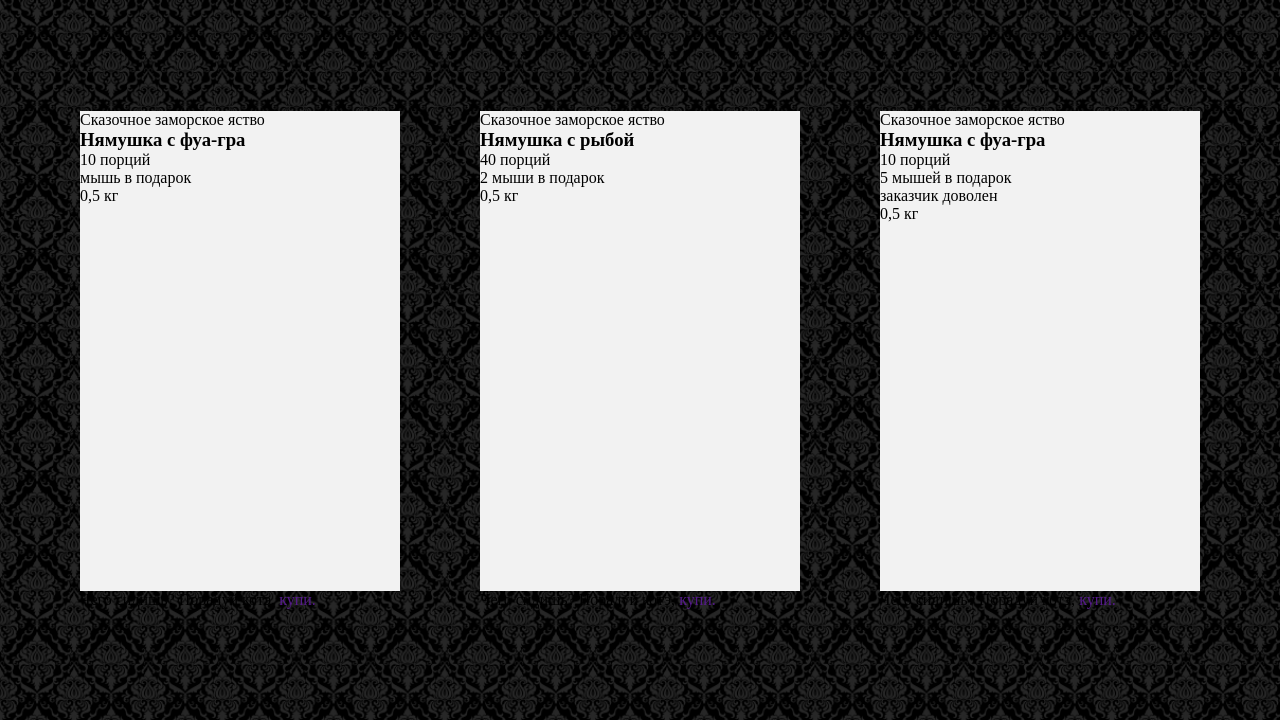
Repository: acbukka/tech-qt
Page: index.html
The author's editor kept a copy of each file at every save. The page is drawn from the files as they stood at one save, then again after the next save.
The browser window is 1280 px wide. The pictures show the whole page.

Above is the page before, as saved 2022-06-17 15:38:14.

After the next save:
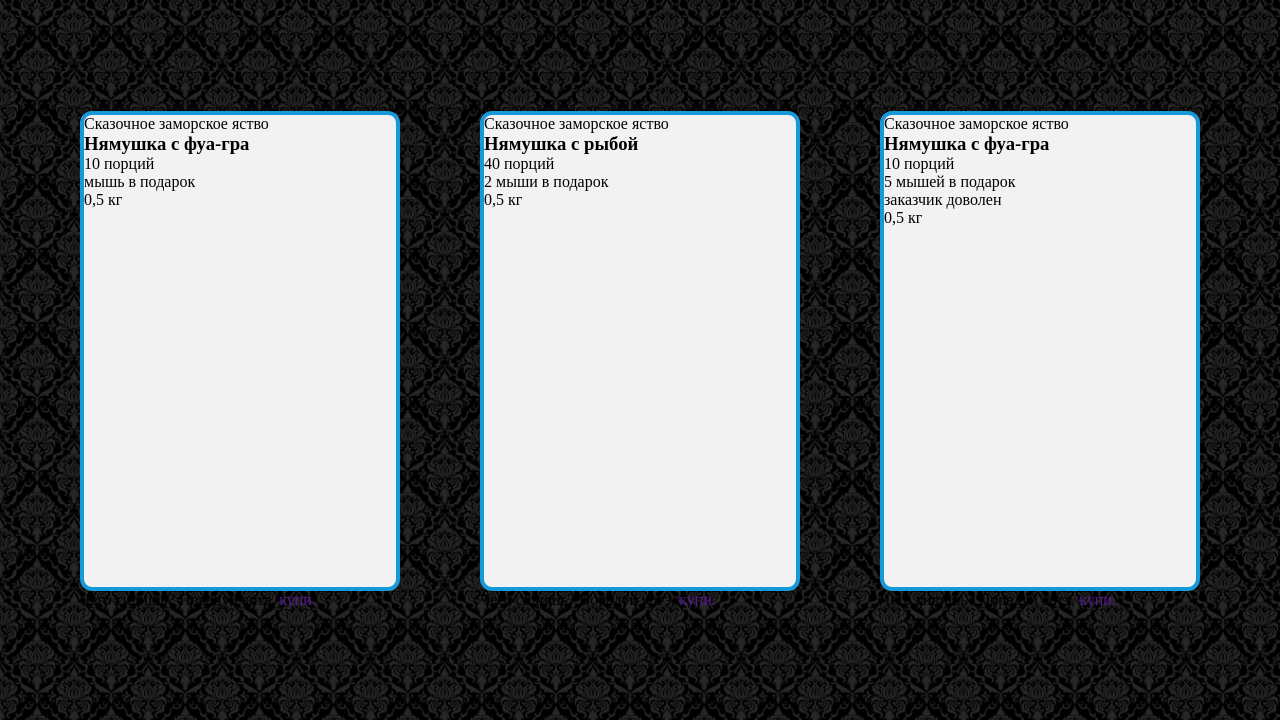
Saved 15 s later.
--- a/src/style.css
+++ b/src/style.css
@@ -84,7 +84,8 @@
   width: 320px;
   height: 480px;
   background-color: #F2F2F2;
-  border
+  border: 4px solid #1698D9;
+  border-radius: 12px;
 }
 
 .cards-wrapper
